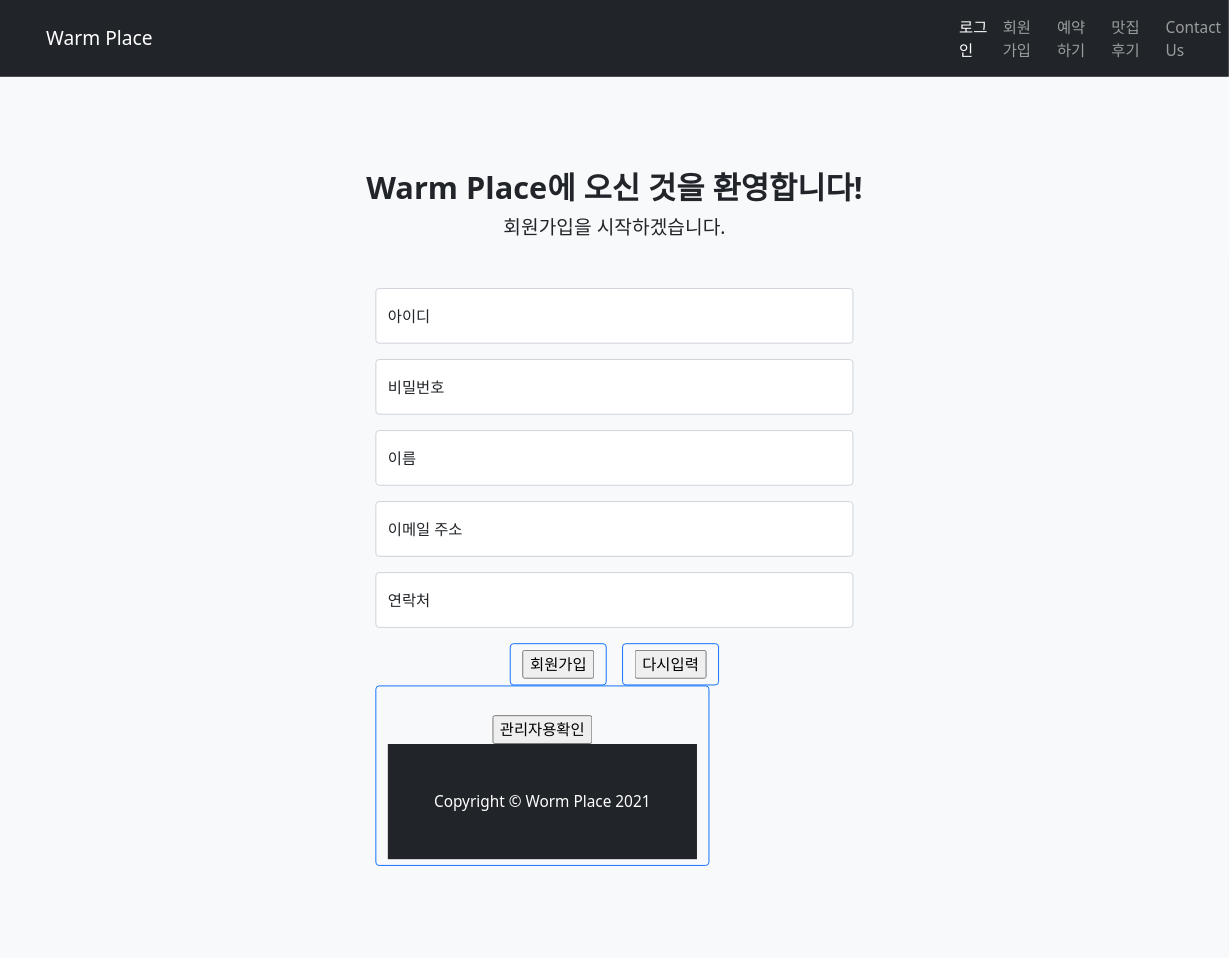
Repository: jaunnnngs/HackaTone
Page: http://localhost/StunProjects/St_Join/st_userJoin.jsp
An editor plug-in stored every save of this project. The page is shown before and after the next save, followed by the edit.
The browser window is 1280 px wide. The pictures show the whole page, at 96% of full size.
Some web libraries are served in a nearby version. The page is served by Tomcat 9.

Above is the page before, as saved 2021-07-25 04:19:00.

After the next save:
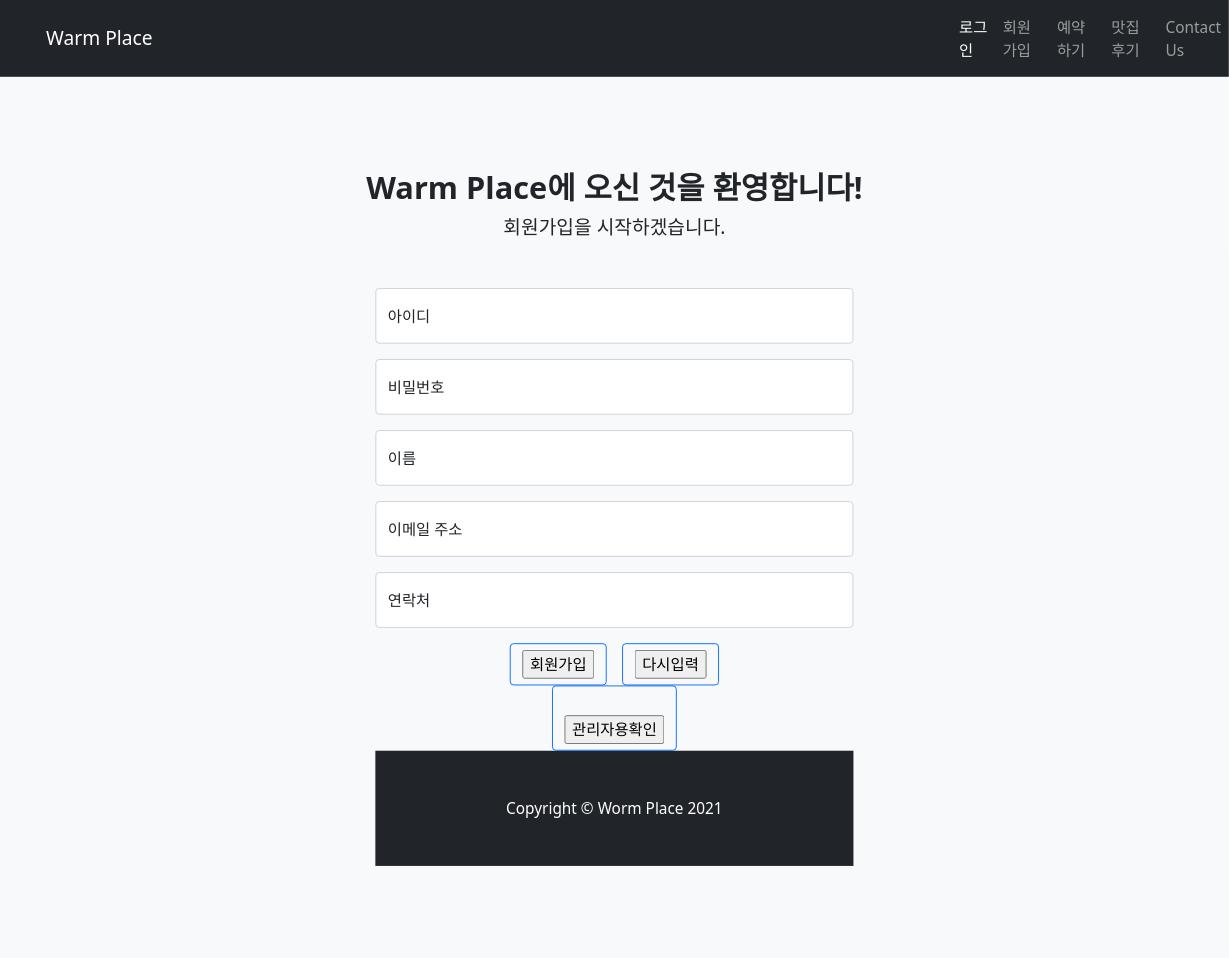
Saved 43 s later.
--- a/STUN_TEAM/StunProjects/src/main/webapp/St_Join/st_userJoin.jsp
+++ b/STUN_TEAM/StunProjects/src/main/webapp/St_Join/st_userJoin.jsp
@@ -117,8 +117,9 @@
 
      <!-- 디비확인용 버튼 -->
      <form action="./UseStunDB.jsp" method="post">
+     <div class="d-grid gap-3 d-sm-flex justify-content-sm-center">
      <a class="btn btn-outline-primary">
-	 		<br><input type="submit" value="관리자용확인"><br>
+	 		<br><input type="submit" value="관리자용확인"><br></a></div>
 	 </form>
 
 
